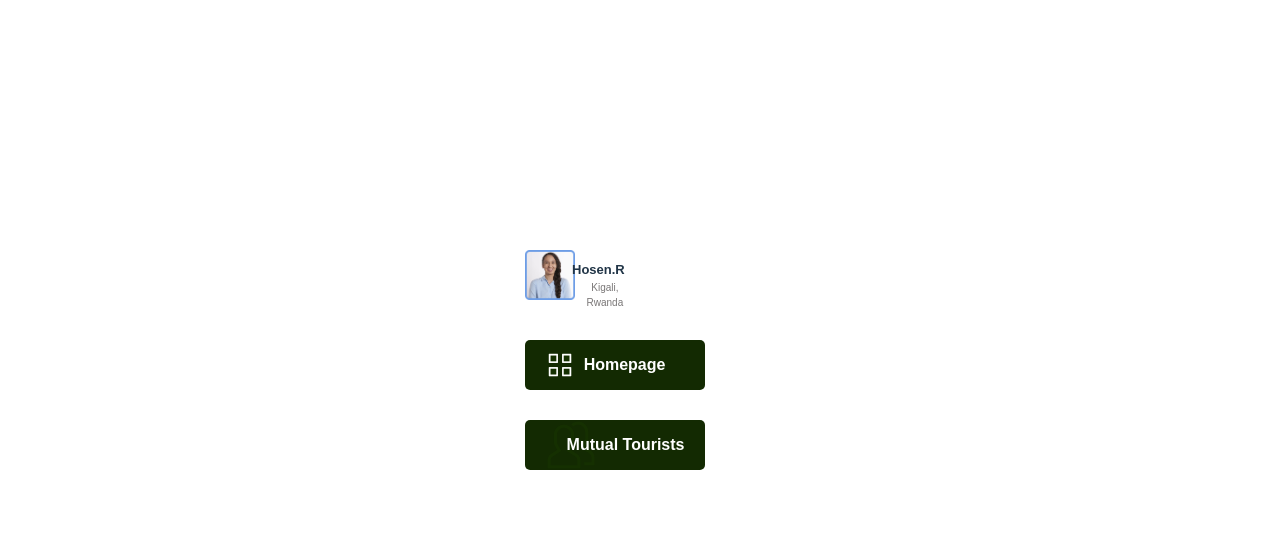
Repository: Auda-frontend/Kenshikeza
Page: /
An editor plug-in stored every save of this project. The page is shown before and after the next save, followed by the edit.
The browser window is 1280 px wide. The pictures show the whole page.
The project was rebuilt for these pictures with package versions that can differ from the ones it lists, and the page was loaded fresh each time. Also part of the build but not shown: vite.config.js.

Above is the page before, as saved 2024-01-25 09:56:10.

After the next save:
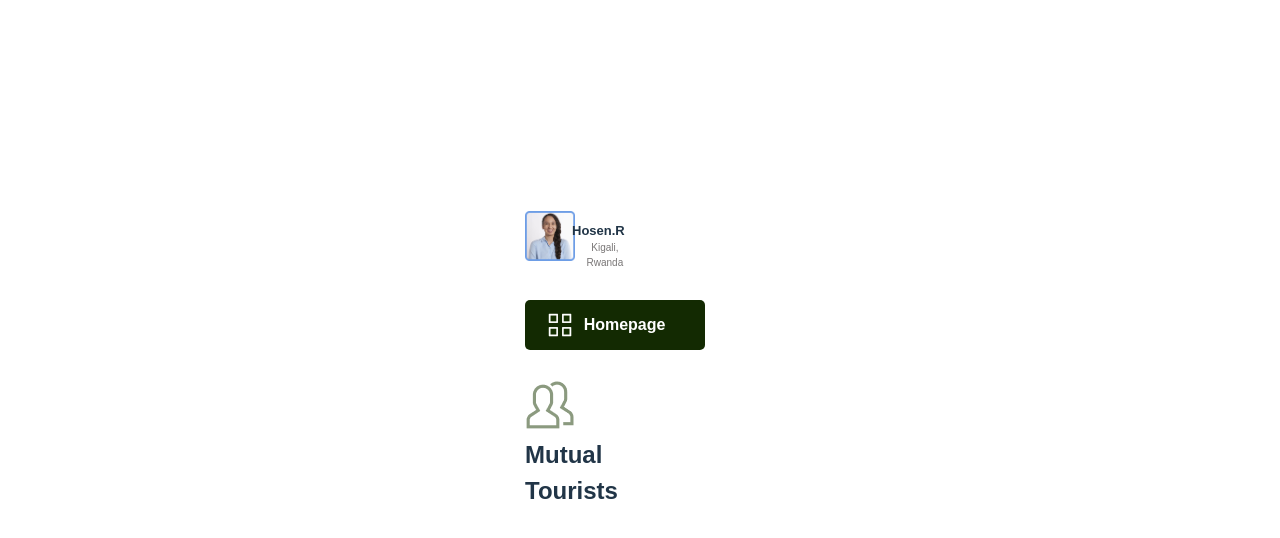
Saved 7 s later.
--- a/src/Components/SideBar.jsx
+++ b/src/Components/SideBar.jsx
@@ -19,7 +19,7 @@ function SideBar() {
         <img src={HomeIcon} alt="Menu icon" className="homeIcon" />
         <h2>Homepage</h2>
       </div>
-      <div className="homepage">
+      <div className="mutual">
         <img src={MutualTourists} alt="Menu icon" className="groupIcon" />
         <h2>Mutual Tourists</h2>
       </div>
